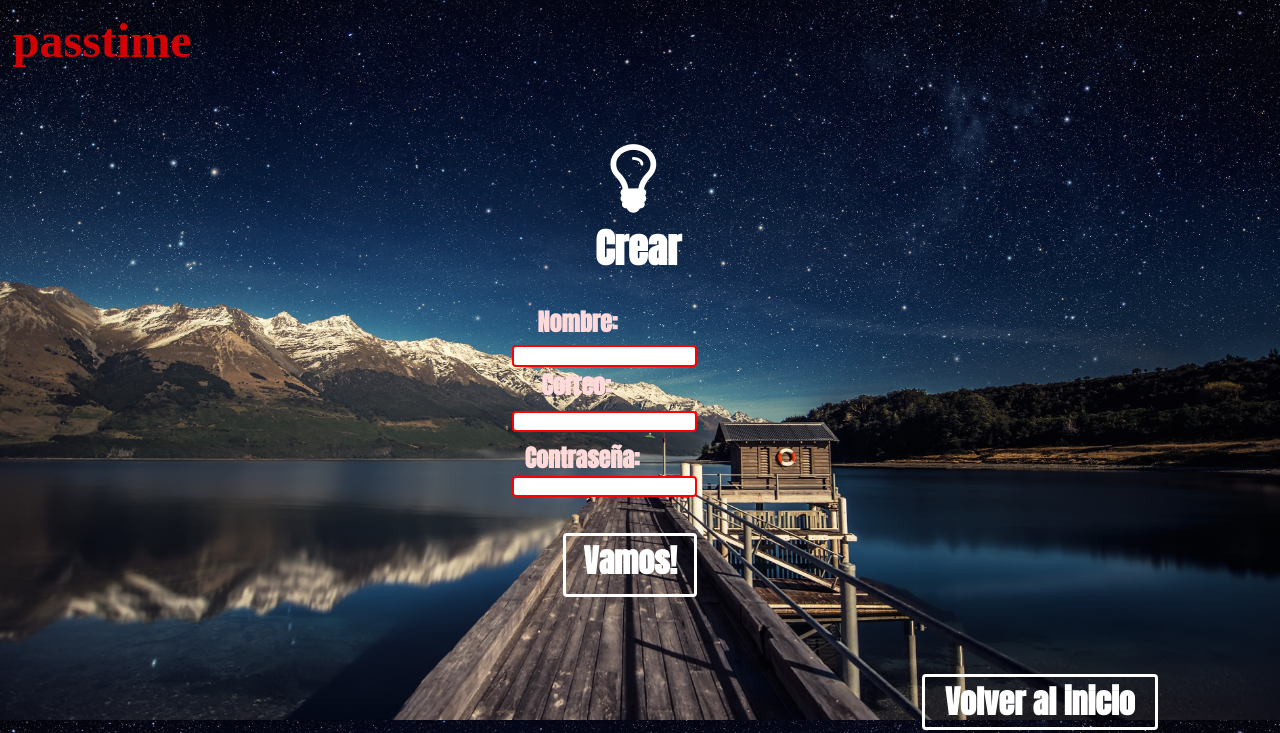
Repository: PassTimeOp/passtimeop.github.io
Page: signup.html
The author's editor kept a record of every edit. The page is drawn from the files as they stood at one moment, then again after the next edit.
The browser window is 1280 px wide. The pictures show the whole page.
Backgrounds fixed to the window are drawn as part of the page. Some web fonts or font styles are not loaded; a fallback is used.

Above is the page before.

After the next edit:
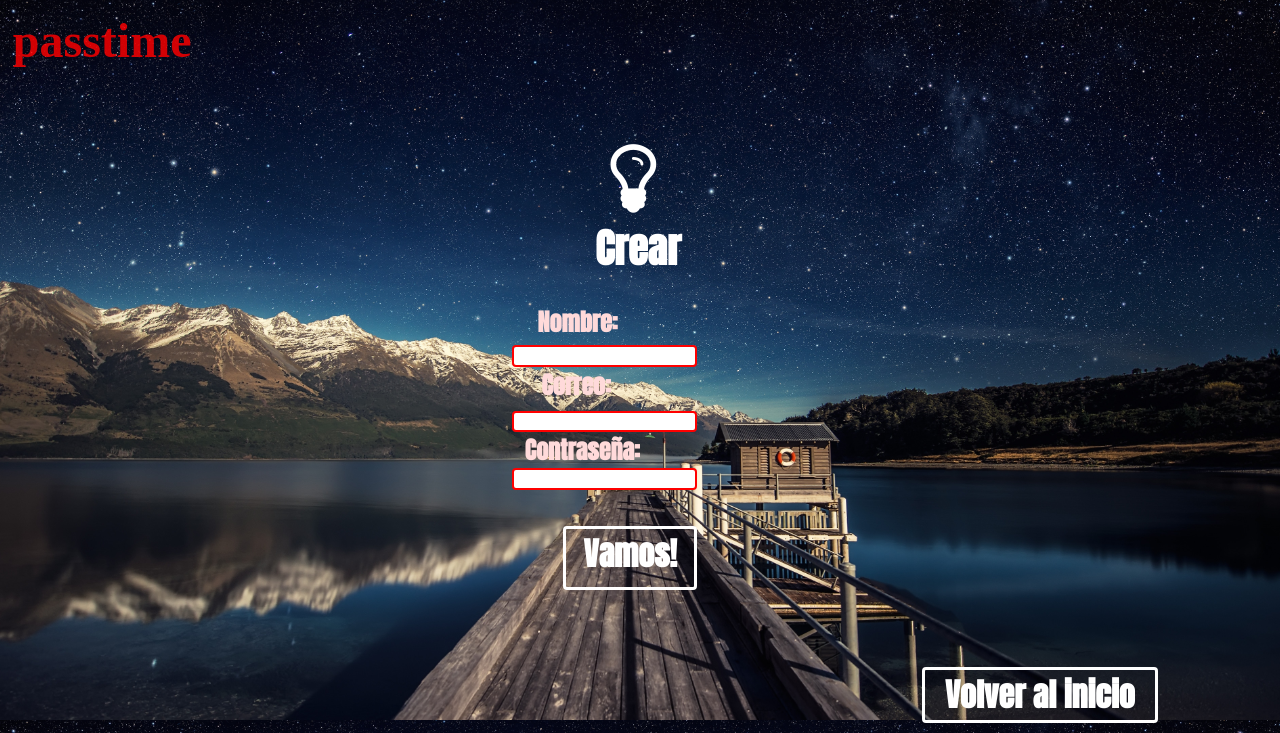
The edit:
--- a/signup.html
+++ b/signup.html
@@ -18,7 +18,7 @@
         <div id="data">
             <h4 id="nombre">Nombre:</h4><input type="text" name="nombre">
             <h4 id="correo">Correo:</h4><input type="text" name="correo">
-            <div id="contra"><h4 id="pass">Contraseña:</h4><input type="password" name="psw"></div>
+            <h4 id="pass">Contraseña:</h4><input type="password" name="psw">
         </div>
 
         <div class="buttons" id="vamos"><a href="Calendario/calendario.html" style="text-decoration: none"><h3>Vamos!</h3></a></div>
